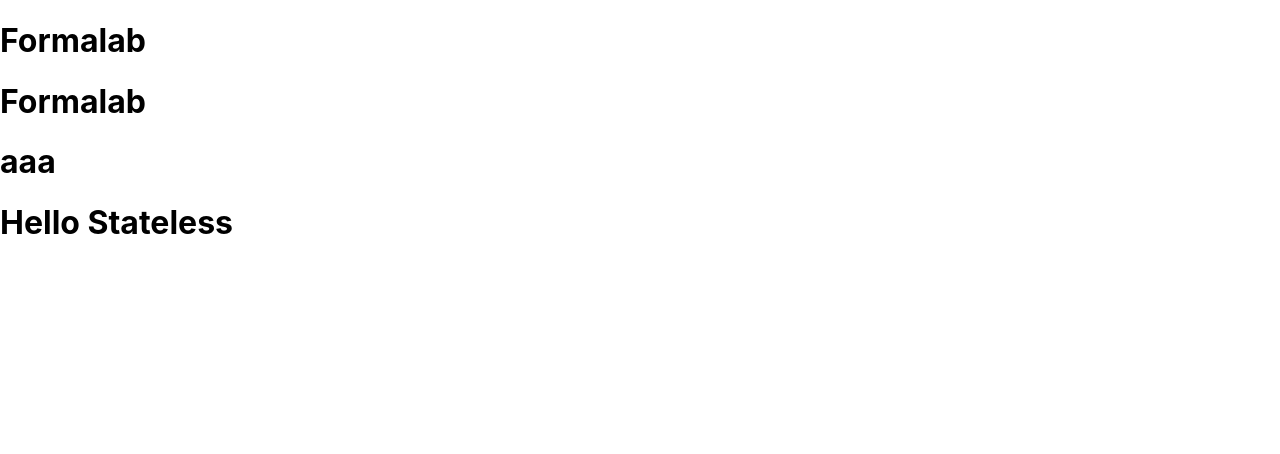
Repository: Rebaiahmed/Reactjs_training_Course_Formalab
Page: /
The author's editor kept a copy of each file at every save. The page is drawn from the files as they stood at one save, then again after the next save.
The browser window is 1280 px wide. The pictures show the whole page.
The project was rebuilt for these pictures with package versions that can differ from the ones it lists, and the page was loaded fresh each time.

Above is the page before, as saved 2019-03-03 15:05:48.

### public/index.html
<!DOCTYPE html>
<html lang="en">
  <head>
    <meta charset="utf-8" />
    <link rel="shortcut icon" href="%PUBLIC_URL%/favicon.ico" />
    <meta
      name="viewport"
      content="width=device-width, initial-scale=1, shrink-to-fit=no"
    />
    <meta name="theme-color" content="#000000" />
    <!--
      manifest.json provides metadata used when your web app is installed on a
      user's mobile device or desktop. See https://developers.google.com/web/fundamentals/web-app-manifest/
    -->
    <link rel="manifest" href="%PUBLIC_URL%/manifest.json" />
    <!--
      Notice the use of %PUBLIC_URL% in the tags above.
      It will be replaced with the URL of the `public` folder during the build.
      Only files inside the `public` folder can be referenced from the HTML.

      Unlike "/favicon.ico" or "favicon.ico", "%PUBLIC_URL%/favicon.ico" will
      work correctly both with client-side routing and a non-root public URL.
      Learn how to configure a non-root public URL by running `npm run build`.
    -->
    <title>Séance 1</title>
  </head>
  <body>
    <noscript>You need to enable JavaScript to run this app.</noscript>
    <div id="root"></div>
    <!--
      This HTML file is a template.
      If you open it directly in the browser, you will see an empty page.

      You can add webfonts, meta tags, or analytics to this file.
      The build step will place the bundled scripts into the <body> tag.

      To begin the development, run `npm start` or `yarn start`.
      To create a production bundle, use `npm run build` or `yarn build`.
    -->
  </body>
</html>

### src/index.js
import React from 'react';
import ReactDOM from 'react-dom';
import './index.css';
import App from './App';
import * as serviceWorker from './serviceWorker';



//import Intro from './StatelessComponent';







ReactDOM.render(<App />, document.getElementById('root'));

// If you want your app to work offline and load faster, you can change
// unregister() to register() below. Note this comes with some pitfalls.
// Learn more about service workers: http://bit.ly/CRA-PWA
serviceWorker.unregister();

### src/App.js
import React, { Component } from 'react';
import HelloWorld from './HelloWorld';

import {StatelessOne, StatelesTwo}  from './StatelessComponent';


class App extends Component {



  render() {
    return (
      <div>
     <HelloWorld />
     <HelloWorld />
     <h1>aaa</h1>
     <StatelessOne />
     </div>

    );
  }
}

export default App;

### src/HelloWorld.js
import React , { Component} from 'react';



class HelloWorld extends Component

{

    render()
    {
        return(
            <h1>Formalab</h1>
        )
    }
}


export default HelloWorld ;

### src/StatelessComponent.js

import React from 'react' ;



const StatelessOne = () =>
{
    return <h1>Hello Stateless</h1>
}

//_______________________//

const StatelesTwo = () =>
{
    return (
        <div>
            <StatelessOne />
            <h1>Hello Formalab</h1>
            <h1>Marbouha fl PFE </h1>
        </div>
    )
}






export  {StatelesTwo, StatelessOne } ;

Loaded but not shown: src/index.css (common file); src/serviceWorker.js (common file)

After the next save:
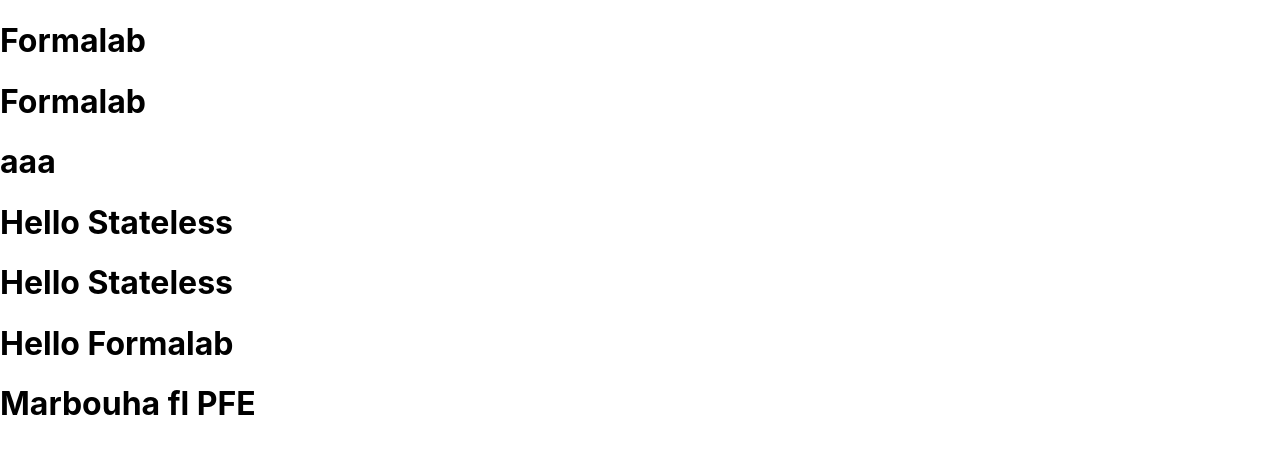
Saved 14 s later.
--- a/src/App.js
+++ b/src/App.js
@@ -15,6 +15,7 @@
      <HelloWorld />
      <h1>aaa</h1>
      <StatelessOne />
+     <StatelesTwo />
      </div>
 
     );
